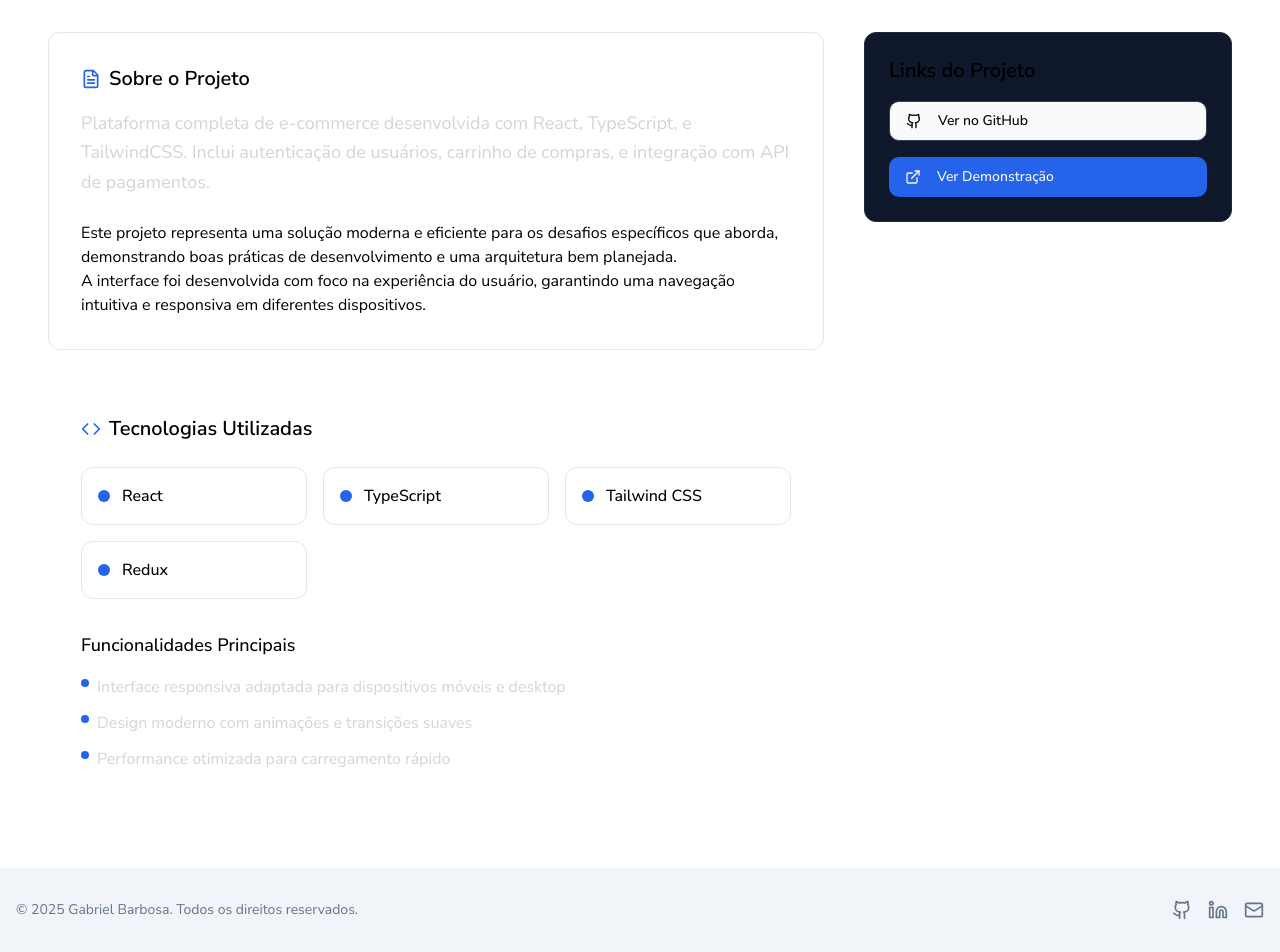
Repository: Biel-barbosa/portfolio-gabriel
Page: /projetos/1
The author's editor kept a copy of each file at every save. The page is drawn from the files as they stood at one save, then again after the next save.
The browser window is 1280 px wide. The pictures show the part of the page from y = 688 to 1640 px (the page is 1640 px tall).
The page's requests for data from a server got no answer. The project was rebuilt for these pictures with package versions that can differ from the ones it lists, and the page was loaded fresh each time. No one was signed in, and anything a server would have sent is missing. Also part of the build but not shown: vite.config.ts, src/components/ui/tooltip.tsx, src/components/ui/card.tsx, src/components/ui/badge.tsx, src/components/ProjectCard.tsx, src/pages/Index.tsx, src/pages/Projects.tsx, src/pages/Contact.tsx and 1 more.

Above is the page before, as saved 2025-05-20 16:59:01.

### index.html

<!DOCTYPE html>
<html lang="pt-BR">
  <head>
    <meta charset="UTF-8" />
    <meta name="viewport" content="width=device-width, initial-scale=1.0" />
    <title>Gabriel Barbosa | Desenvolvedor Front-end</title>
    <meta name="description" content="Portfólio de Gabriel Barbosa - Desenvolvedor Front-end Júnior" />
    <meta name="author" content="Gabriel Barbosa" />

    <meta property="og:title" content="Gabriel Barbosa | Desenvolvedor Front-end" />
    <meta property="og:description" content="Portfólio de Gabriel Barbosa - Desenvolvedor Front-end Júnior" />
    <meta property="og:type" content="website" />
    <link rel="icon" type="image/svg+xml" href="/favicon.svg" />
  </head>

  <body>
    <div id="root"></div>
    <!-- IMPORTANT: DO NOT REMOVE THIS SCRIPT TAG OR THIS VERY COMMENT! -->
    <script src="https://cdn.gpteng.co/gptengineer.js" type="module"></script>
    <script type="module" src="/src/main.tsx"></script>
  </body>
</html>

### src/App.tsx

import { Toaster } from "@/components/ui/toaster";
import { Toaster as Sonner } from "@/components/ui/sonner";
import { TooltipProvider } from "@/components/ui/tooltip";
import { QueryClient, QueryClientProvider } from "@tanstack/react-query";
import { BrowserRouter, Routes, Route } from "react-router-dom";
import Index from "./pages/Index";
import Projects from "./pages/Projects";
import ProjectDetail from "./pages/ProjectDetail";
import Contact from "./pages/Contact";
import NotFound from "./pages/NotFound";

const queryClient = new QueryClient();

const App = () => (
  <QueryClientProvider client={queryClient}>
    <TooltipProvider>
      <Toaster />
      <Sonner />
      <BrowserRouter>
        <Routes>
          <Route path="/" element={<Index />} />
          <Route path="/projetos" element={<Projects />} />
          <Route path="/projetos/:id" element={<ProjectDetail />} />
          <Route path="/contato" element={<Contact />} />
          <Route path="*" element={<NotFound />} />
        </Routes>
      </BrowserRouter>
    </TooltipProvider>
  </QueryClientProvider>
);

export default App;

### src/index.css

@import url('https://fonts.googleapis.com/css2?family=Nunito+Sans:opsz,wght@6..12,300;6..12,400;6..12,500;6..12,600;6..12,700&display=swap');

@tailwind base;
@tailwind components;
@tailwind utilities;

@layer base {
  :root {
    --background: 210 40% 98%;
    --foreground: 222.2 84% 4.9%;

    --card: 0 0% 100%;
    --card-foreground: 222.2 84% 4.9%;

    --popover: 0 0% 100%;
    --popover-foreground: 222.2 84% 4.9%;

    --primary: 221.2 83% 53.3%;
    --primary-foreground: 210 40% 98%;

    --secondary: 210 40% 96.1%;
    --secondary-foreground: 222.2 47.4% 11.2%;

    --muted: 210 40% 96.1%;
    --muted-foreground: 215.4 16.3% 46.9%;

    --accent: 221.2 83% 53.3%;
    --accent-foreground: 222.2 47.4% 11.2%;

    --destructive: 0 84.2% 60.2%;
    --destructive-foreground: 210 40% 98%;

    --border: 214.3 31.8% 91.4%;
    --input: 214.3 31.8% 91.4%;
    --ring: 221.2 83% 53.3%;

    --radius: 0.75rem;
  }

  * {
    @apply border-border;
  }

  body {
    @apply bg-background text-foreground;
    font-feature-settings: "rlig" 1, "calt" 1;
    font-family: 'Nunito Sans', sans-serif;
  }

  .tech-tag {
    @apply bg-secondary text-secondary-foreground rounded-full px-3 py-1 text-sm font-medium transition-colors;
  }

  .card-hover {
    @apply transition-all hover:shadow-lg hover:-translate-y-1;
  }

  .button-primary {
    @apply bg-primary text-primary-foreground hover:bg-primary/90 rounded-full px-6 py-2 font-medium transition-colors;
  }

  .button-secondary {
    @apply bg-secondary text-secondary-foreground hover:bg-secondary/80 rounded-full px-6 py-2 font-medium transition-colors border border-secondary;
  }
}

### src/components/ui/toaster.tsx

"use client"

import {
  Toast,
  ToastClose,
  ToastDescription,
  ToastProvider,
  ToastTitle,
  ToastViewport,
} from "@/components/ui/toast"
import { useToast } from "@/components/ui/use-toast"

export function Toaster() {
  const { toasts } = useToast()

  return (
    <ToastProvider>
      {toasts.map(function ({ id, title, description, action, ...props }) {
        return (
          <Toast key={id} {...props}>
            <div className="grid gap-1">
              {title && <ToastTitle>{title}</ToastTitle>}
              {description && (
                <ToastDescription>{description}</ToastDescription>
              )}
            </div>
            {action}
            <ToastClose />
          </Toast>
        )
      })}
      <ToastViewport />
    </ToastProvider>
  )
}

### src/components/ui/sonner.tsx
import { useTheme } from "next-themes"
import { Toaster as Sonner, toast } from "sonner"

type ToasterProps = React.ComponentProps<typeof Sonner>

const Toaster = ({ ...props }: ToasterProps) => {
  const { theme = "system" } = useTheme()

  return (
    <Sonner
      theme={theme as ToasterProps["theme"]}
      className="toaster group"
      toastOptions={{
        classNames: {
          toast:
            "group toast group-[.toaster]:bg-background group-[.toaster]:text-foreground group-[.toaster]:border-border group-[.toaster]:shadow-lg",
          description: "group-[.toast]:text-muted-foreground",
          actionButton:
            "group-[.toast]:bg-primary group-[.toast]:text-primary-foreground",
          cancelButton:
            "group-[.toast]:bg-muted group-[.toast]:text-muted-foreground",
        },
      }}
      {...props}
    />
  )
}

export { Toaster, toast }

### src/pages/ProjectDetail.tsx

import React, { useEffect, useState } from 'react';
import { useParams, Link } from 'react-router-dom';
import { ArrowLeft, Calendar, Github, Globe, Code, FileText, ExternalLink, Image, Folder } from 'lucide-react';
import { getProjectById } from '../services/projectService';
import { Project } from '../types';
import { Button } from '@/components/ui/button';
import Header from '../components/Header';
import Footer from '../components/Footer';

const ProjectDetail = () => {
  const { id } = useParams<{ id: string }>();
  const [project, setProject] = useState<Project | null>(null);
  const [isLoading, setIsLoading] = useState(true);
  const [error, setError] = useState<string | null>(null);

  useEffect(() => {
    const loadProject = async () => {
      if (!id) return;

      try {
        setIsLoading(true);
        const data = await getProjectById(id);

        if (!data) {
          setError('Projeto não encontrado.');
          return;
        }

        setProject(data);
      } catch (err) {
        setError('Falha ao carregar detalhes do projeto.');
        console.error('Erro ao carregar detalhes do projeto:', err);
      } finally {
        setIsLoading(false);
      }
    };

    loadProject();
  }, [id]);

  const formatDate = (dateString?: string) => {
    if (!dateString) return 'Data não disponível';

    return new Date(dateString).toLocaleDateString('pt-BR', {
      year: 'numeric',
      month: 'long',
      day: 'numeric'
    });
  };

  return (
    <div className="min-h-screen flex flex-col bg-white text-black">
      <Header />

      <main className="flex-grow pt-24 pb-16 px-4">
        <div className="container mx-auto">
          <Link
            to="/projetos"
            className="inline-flex items-center text-sm text-black hover:text-primary transition-colors mb-8"
          >
            <ArrowLeft className="mr-2 h-4 w-4" />
            Voltar para Projetos
          </Link>

          {isLoading && (
            <div className="flex justify-center items-center py-20">
              <div className="animate-spin rounded-full h-12 w-12 border-b-2 border-primary"></div>
            </div>
          )}

          {error && (
            <div className="text-center py-20">
              <p className="text-destructive">{error}</p>
              <Link
                to="/projetos"
                className="mt-4 inline-block text-primary hover:underline"
              >
                Voltar para lista de projetos
              </Link>
            </div>
          )}

          {!isLoading && project && (
            <div className="animate-fade-in">
              <div className="mb-8">
                <div className="flex items-center gap-2 text-xs text-gray-400 mb-2">
                  <Folder className="h-4 w-4" />
                  <span>Projetos</span>
                  <span>/</span>
                  <span className="text-primary">{project.name}</span>
                </div>

                <h1 className="text-3xl md:text-4xl font-bold mb-4">{project.name}</h1>

                <div className="flex flex-wrap items-center gap-4 text-sm text-gray-400 mb-6">
                  {project.deployedAt && (
                    <div className="flex items-center">
                      <Calendar className="mr-1 h-4 w-4" />
                      <span>Atualizado em {formatDate(project.deployedAt)}</span>
                    </div>
                  )}

                  <div className="flex items-center gap-3">
                    {project.githubUrl && (
                      <div className="flex items-center">
                        <Github className="mr-1 h-4 w-4" />
                        <span>GitHub</span>
                      </div>
                    )}

                    {project.deployUrl && (
                      <div className="flex items-center">
                        <Globe className="mr-1 h-4 w-4 text-blue-400" />
                        <span>Vercel</span>
                      </div>
                    )}
                  </div>
                </div>
              </div>

              <div className="rounded-lg overflow-hidden mb-10 h-[400px] bg-slate-800 border border-slate-700">
                {project.imageUrl ? (
                  <img
                    src={project.imageUrl}
                    alt={project.name}
                    className="w-full h-full object-cover"
                  />
                ) : (
                  <div className="flex items-center justify-center h-full text-slate-500">
                    <Image className="h-16 w-16" />
                  </div>
                )}
              </div>

              <div className="grid md:grid-cols-3 gap-10">
                <div className="md:col-span-2">
                  <div className="bg-white border border-white-800 rounded-lg p-8 mb-8">
                    <h2 className="text-xl font-semibold mb-4 flex items-center">
                      <FileText className="mr-2 h-5 w-5 text-primary" />
                      Sobre o Projeto
                    </h2>
                    <p className="text-lg text-gray-300 leading-relaxed mb-6">
                      {project.description}
                    </p>

                    <div className="prose prose-invert max-w-none">
                      <p>Este projeto representa uma solução moderna e eficiente para os desafios específicos que aborda, demonstrando boas práticas de desenvolvimento e uma arquitetura bem planejada.</p>

                      <p>A interface foi desenvolvida com foco na experiência do usuário, garantindo uma navegação intuitiva e responsiva em diferentes dispositivos.</p>
                    </div>
                  </div>

                  <div className="bg-white border border-white rounded-lg p-8">
                    <h2 className="text-xl font-semibold mb-6 flex items-center">
                      <Code className="mr-2 h-5 w-5 text-primary" />
                      Tecnologias Utilizadas
                    </h2>

                    <div className="grid grid-cols-2 md:grid-cols-3 gap-4 mb-8">
                      {project.technologies && project.technologies.map((tech, index) => (
                        <div key={index} className="bg-white border border-white-700 rounded-lg p-4 flex items-center gap-3">
                          <span className="h-3 w-3 rounded-full bg-primary"></span>
                          <span className="font-medium">{tech}</span>
                        </div>
                      ))}
                    </div>

                    <div className="mt-8">
                      <h3 className="text-lg font-medium mb-4">Funcionalidades Principais</h3>
                      <ul className="space-y-3 text-gray-300">
                        <li className="flex items-start gap-2">
                          <span className="mt-1 h-2 w-2 rounded-full bg-primary shrink-0"></span>
                          <span>Interface responsiva adaptada para dispositivos móveis e desktop</span>
                        </li>
                        <li className="flex items-start gap-2">
                          <span className="mt-1 h-2 w-2 rounded-full bg-primary shrink-0"></span>
                          <span>Design moderno com animações e transições suaves</span>
                        </li>
                        <li className="flex items-start gap-2">
                          <span className="mt-1 h-2 w-2 rounded-full bg-primary shrink-0"></span>
                          <span>Performance otimizada para carregamento rápido</span>
                        </li>
                        {project.name.toLowerCase().includes('dashboard') && (
                          <>
                            <li className="flex items-start gap-2">
                              <span className="mt-1 h-2 w-2 rounded-full bg-primary shrink-0"></span>
                              <span>Painéis interativos com visualizações de dados em tempo real</span>
                            </li>
                            <li className="flex items-start gap-2">
                              <span className="mt-1 h-2 w-2 rounded-full bg-primary shrink-0"></span>
                              <span>Sistema de autenticação e controle de acesso</span>
                            </li>
                          </>
                        )}
                        {project.name.toLowerCase().includes('ecommerce') && (
                          <>
                            <li className="flex items-start gap-2">
                              <span className="mt-1 h-2 w-2 rounded-full bg-primary shrink-0"></span>
                              <span>Catálogo de produtos com filtragem avançada</span>
                            </li>
                            <li className="flex items-start gap-2">
                              <span className="mt-1 h-2 w-2 rounded-full bg-primary shrink-0"></span>
                              <span>Sistema de carrinho e checkout seguro</span>
                            </li>
                          </>
                        )}
                      </ul>
                    </div>
                  </div>
                </div>

                <div>
                  <div className="bg-slate-900 border border-slate-800 rounded-lg p-6">
                    <h2 className="text-xl font-semibold mb-4">Links do Projeto</h2>

                    <div className="flex flex-col space-y-4">
                      {project.githubUrl && (
                        <Button variant="outline" className="w-full justify-start border-slate-700 hover:bg-slate-800" asChild>
                          <a
                            href={project.githubUrl}
                            target="_blank"
                            rel="noopener noreferrer"
                          >
                            <Github className="mr-2 h-5 w-5" />
                            Ver no GitHub
                          </a>
                        </Button>
                      )}

                      {project.deployUrl && (
                        <Button variant="default" className="w-full justify-start bg-primary hover:bg-primary/80" asChild>
                          <a
                            href={project.deployUrl}
                            target="_blank"
                            rel="noopener noreferrer"
                          >
                            <ExternalLink className="mr-2 h-5 w-5" />
                            Ver Demonstração
                          </a>
                        </Button>
                      )}
                    </div>
                  </div>
                </div>
              </div>
            </div>
          )}
        </div>
      </main>

      <Footer />
    </div>
  );
};

export default ProjectDetail;

### src/components/ui/button.tsx
import * as React from "react"
import { Slot } from "@radix-ui/react-slot"
import { cva, type VariantProps } from "class-variance-authority"

import { cn } from "@/lib/utils"

const buttonVariants = cva(
  "inline-flex items-center justify-center gap-2 whitespace-nowrap rounded-md text-sm font-medium ring-offset-background transition-colors focus-visible:outline-none focus-visible:ring-2 focus-visible:ring-ring focus-visible:ring-offset-2 disabled:pointer-events-none disabled:opacity-50 [&_svg]:pointer-events-none [&_svg]:size-4 [&_svg]:shrink-0",
  {
    variants: {
      variant: {
        default: "bg-primary text-primary-foreground hover:bg-primary/90",
        destructive:
          "bg-destructive text-destructive-foreground hover:bg-destructive/90",
        outline:
          "border border-input bg-background hover:bg-accent hover:text-accent-foreground",
        secondary:
          "bg-secondary text-secondary-foreground hover:bg-secondary/80",
        ghost: "hover:bg-accent hover:text-accent-foreground",
        link: "text-primary underline-offset-4 hover:underline",
      },
      size: {
        default: "h-10 px-4 py-2",
        sm: "h-9 rounded-md px-3",
        lg: "h-11 rounded-md px-8",
        icon: "h-10 w-10",
      },
    },
    defaultVariants: {
      variant: "default",
      size: "default",
    },
  }
)

export interface ButtonProps
  extends React.ButtonHTMLAttributes<HTMLButtonElement>,
    VariantProps<typeof buttonVariants> {
  asChild?: boolean
}

const Button = React.forwardRef<HTMLButtonElement, ButtonProps>(
  ({ className, variant, size, asChild = false, ...props }, ref) => {
    const Comp = asChild ? Slot : "button"
    return (
      <Comp
        className={cn(buttonVariants({ variant, size, className }))}
        ref={ref}
        {...props}
      />
    )
  }
)
Button.displayName = "Button"

export { Button, buttonVariants }

### src/components/Footer.tsx

import React from 'react';
import { Github, Linkedin, Mail } from 'lucide-react';

const Footer = () => {
  return (
    <footer className="bg-secondary py-8">
      <div className="container mx-auto px-4">
        <div className="flex flex-col md:flex-row justify-between items-center">
          <div className="mb-4 md:mb-0">
            <p className="text-sm text-muted-foreground">
              © {new Date().getFullYear()} Gabriel Barbosa. Todos os direitos reservados.
            </p>
          </div>

          <div className="flex space-x-4">
            <a
              href="https://github.com/Biel-barbosa"
              target="_blank"
              rel="noopener noreferrer"
              className="text-muted-foreground hover:text-primary transition-colors"
              aria-label="GitHub"
            >
              <Github className="h-5 w-5" />
            </a>
            <a
              href="https://www.linkedin.com/in/gabriel-a-barbosa/"
              target="_blank"
              rel="noopener noreferrer"
              className="text-muted-foreground hover:text-primary transition-colors"
              aria-label="LinkedIn"
            >
              <Linkedin className="h-5 w-5" />
            </a>
            <a
              href="mailto:gabriellbarbosaads@gmail.com"
              className="text-muted-foreground hover:text-primary transition-colors"
              aria-label="Email"
            >
              <Mail className="h-5 w-5" />
            </a>
          </div>
        </div>
      </div>
    </footer>
  );
};

export default Footer;

### src/api/vercel-projects.ts

// Handler para buscar projetos da Vercel

export async function fetchVercelProjects() {
  try {
    const VERCEL_TOKEN = 'jzprp7RQAOHCJR7IR6Gez3uf'; // Normalmente seria process.env.VERCEL_TOKEN

    const response = await fetch('https://api.vercel.com/v6/projects', {
      headers: {
        'Authorization': `Bearer ${VERCEL_TOKEN}`,
        'Content-Type': 'application/json',
      }
    });

    if (!response.ok) {
      throw new Error(`Erro ao buscar projetos da Vercel: ${response.status}`);
    }

    const data = await response.json();
    return data.projects || [];
  } catch (error) {
    console.error('Erro na API:', error);
    throw new Error('Failed to fetch Vercel projects');
  }
}

Loaded but not shown: src/main.tsx (common file); src/lib/utils.ts (common file); src/services/projectService.ts (174 lines, source omitted); src/components/ui/toast.tsx (128 lines, source omitted); src/components/ui/use-toast.ts (191 lines, source omitted); tailwind.config.ts (106 lines, source omitted); src/components/Header.tsx (77 lines, source omitted)

After the next save:
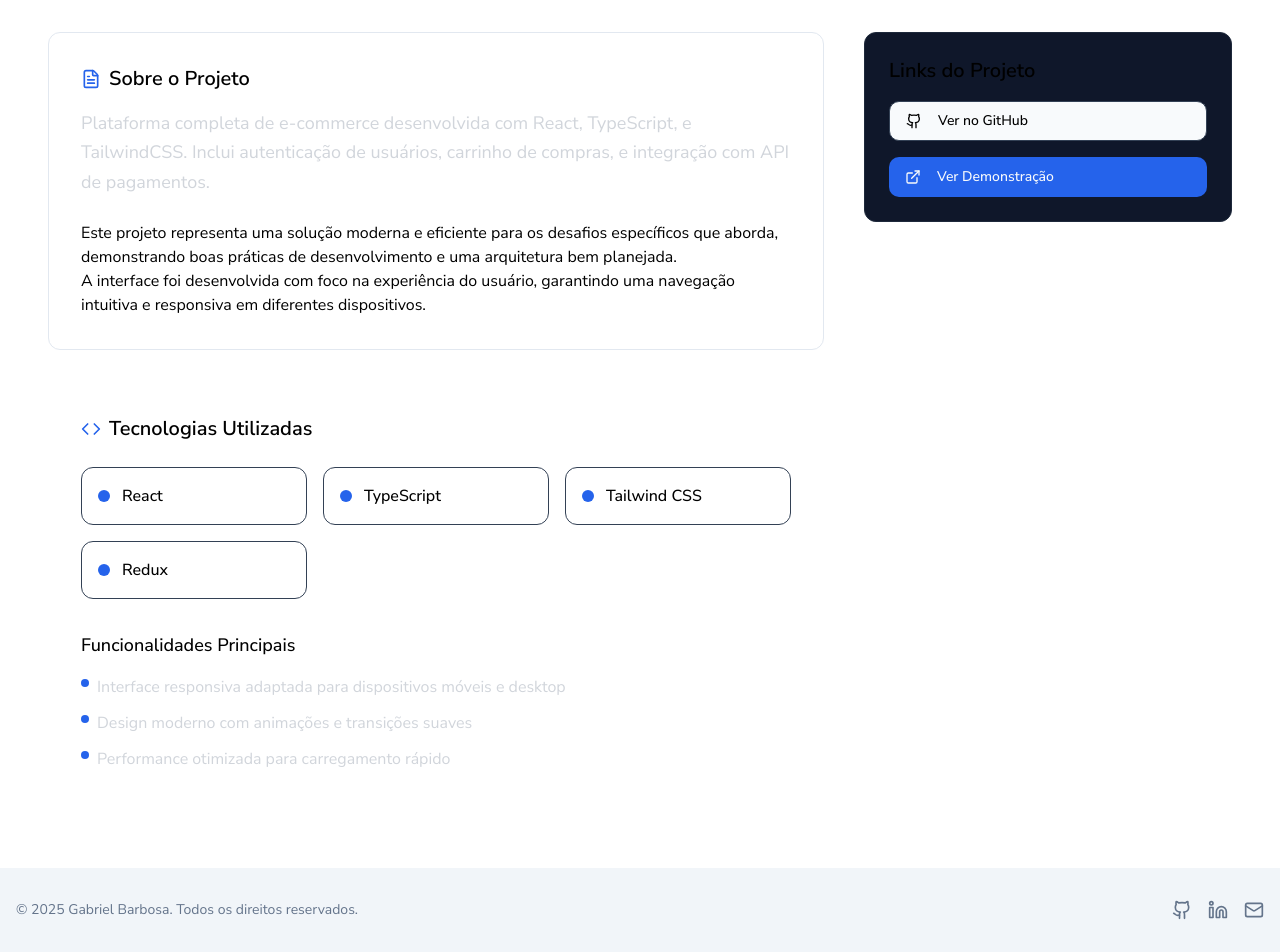
Saved 15 s later.
--- a/src/pages/ProjectDetail.tsx
+++ b/src/pages/ProjectDetail.tsx
@@ -159,7 +159,7 @@ const ProjectDetail = () => {
 
                     <div className="grid grid-cols-2 md:grid-cols-3 gap-4 mb-8">
                       {project.technologies && project.technologies.map((tech, index) => (
-                        <div key={index} className="bg-white border border-white-700 rounded-lg p-4 flex items-center gap-3">
+                        <div key={index} className="bg-white border border-slate-700 rounded-lg p-4 flex items-center gap-3">
                           <span className="h-3 w-3 rounded-full bg-primary"></span>
                           <span className="font-medium">{tech}</span>
                         </div>
